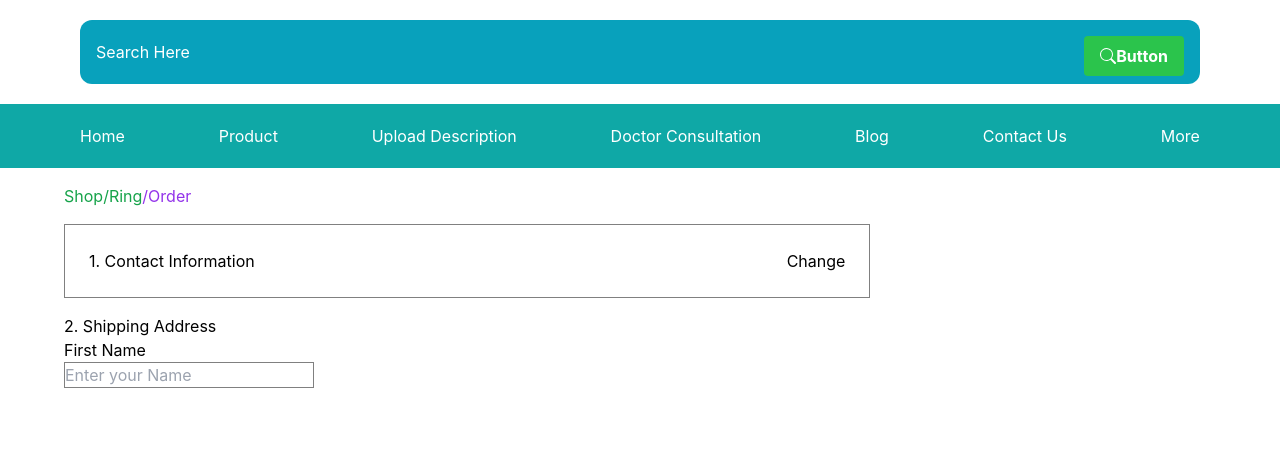
Repository: arafatmollah/form-pharma
Page: /
These files come from the project's save history. The page is drawn as it stood at one moment and after the next save; the edit follows.
The browser window is 1280 px wide. The pictures show the whole page.
The project was rebuilt for these pictures with package versions that can differ from the ones it lists, and the page was loaded fresh each time.

Above is the page before, as saved 2023-03-14 23:46:30.

After the next save:
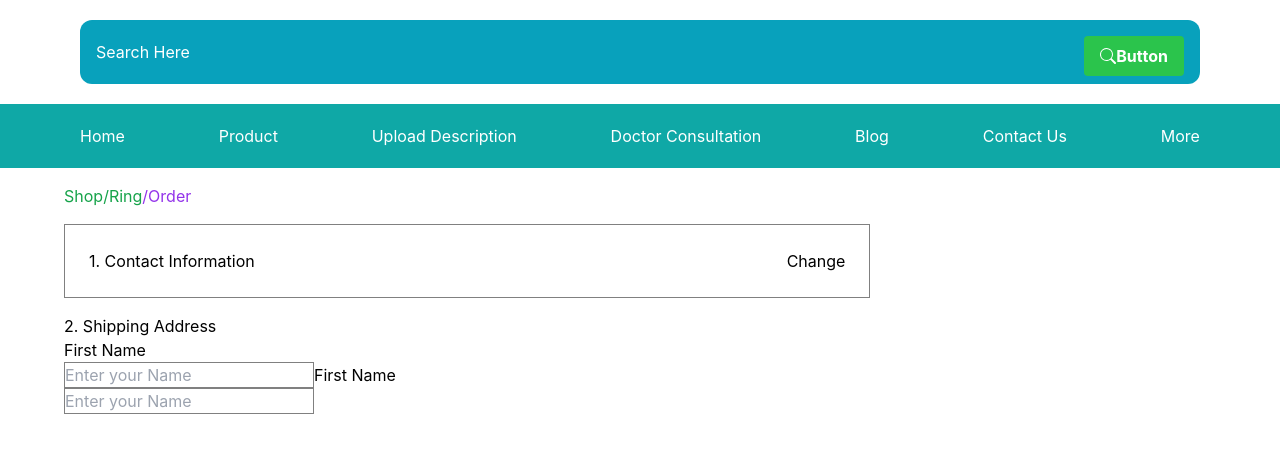
Saved 15 s later.
--- a/src/Form.js
+++ b/src/Form.js
@@ -19,6 +19,8 @@ function form() {
               <form>
                 <label>First Name</label> <br></br>
                 <input className='input' type='text' placeholder="Enter your Name"></input>
+                <label>First Name</label> <br></br>
+                <input className='input' type='text' placeholder="Enter your Name"></input>
               </form>
             </div>
             </div>
